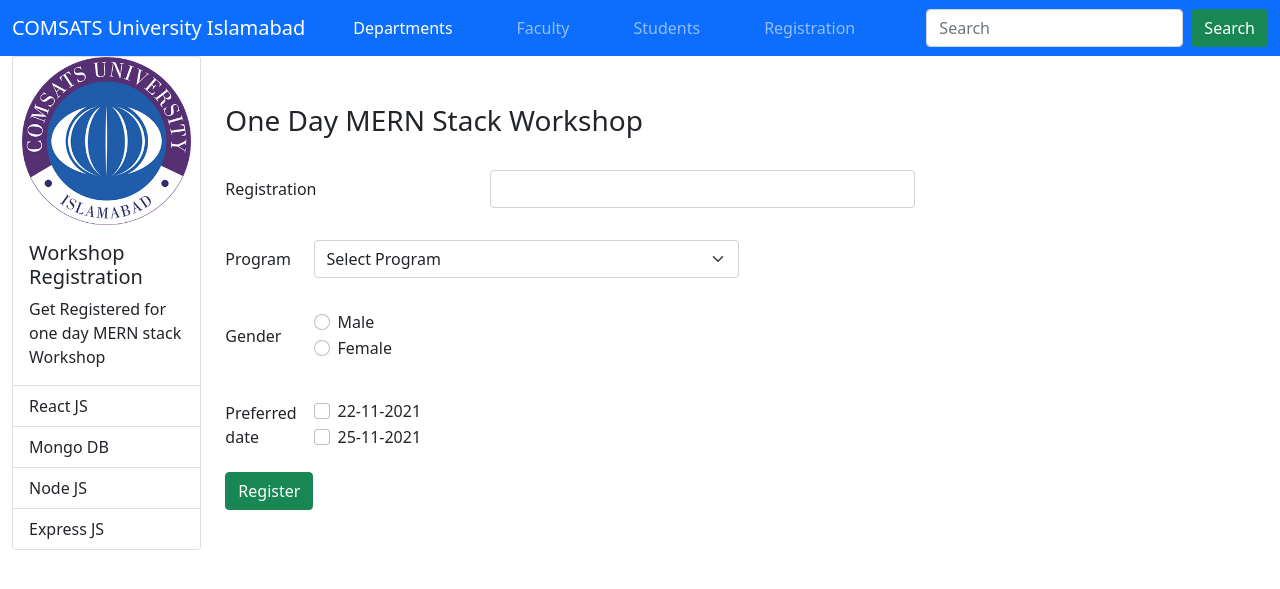
Repository: SaudCh/Web-Mid-Exams
Page: /register
An editor plug-in stored every save of this project. The page is shown before and after the next save, followed by the edit.
The browser window is 1280 px wide. The pictures show the whole page.
The project was rebuilt for these pictures with package versions that can differ from the ones it lists, and the page was loaded fresh each time. Also part of the build but not shown: src/Invalid/invalid.jsx, src/Students/student.jsx.

Above is the page before, as saved 2021-11-27 09:37:08.

### src/App.js
import React from "react";
import {
  BrowserRouter as Router,
  Switch,
  Route,
  Redirect,
} from "react-router-dom";
import "../node_modules/bootstrap/dist/css/bootstrap.min.css";
import "../node_modules/bootstrap/dist/js/bootstrap.bundle.min";
import Header from "./Shared/Header";
import SideBar from "./Shared/SideBar";
import Register from "./Register/register";
import Invalid from "./Invalid/invalid";
import Student from "./Students/student";

export default function App() {
  return (
    <Router>
      <Header />
      <div className="container-fluid">
        <div className="row">
          <div className="col-12 col-md-2">
            <SideBar />
          </div>
          <div className="col-12 col-md-10">
            <Switch>
              <Route path="/" exact>
                <div></div>
              </Route>
              <Route path="/register/" exact>
                <Register />
              </Route>
              <Route path="/invalid/" exact>
                <Invalid />
              </Route>
              <Route path="/list/:register/:program/:gender/:date" exact>
                <Student />
              </Route>
              <Redirect to="/invalid/" />
            </Switch>
          </div>
        </div>
      </div>
    </Router>
  );
}

### src/Shared/Header.jsx
import React from "react";
import "./Header.css";
import { Link } from "react-router-dom";
export default function Header() {
  return (
    <nav class="navbar navbar-expand-lg navbar-dark bg-primary">
      <div class="container-fluid">
        <Link to="/" class="navbar-brand logo" href="#">
          COMSATS University Islamabad
        </Link>
        <button
          class="navbar-toggler"
          type="button"
          data-bs-toggle="collapse"
          data-bs-target="#navbarSupportedContent"
          aria-controls="navbarSupportedContent"
          aria-expanded="false"
          aria-label="Toggle navigation"
        >
          <span class="navbar-toggler-icon"></span>
        </button>
        <div class="collapse navbar-collapse" id="navbarSupportedContent">
          <ul class="navbar-nav me-auto mb-2 mb-lg-0">
            <li class="nav-item mx-md-4">
              <Link to="/" class="nav-link active" aria-current="page" href="#">
                Departments
              </Link>
            </li>
            <li class="nav-item mx-md-4">
              <Link to="/" class="nav-link" href="#">
                Faculty
              </Link>
            </li>

            <li class="nav-item mx-md-4">
              <Link
                to="/list/sp19-bcs-078/BCS/Male/22-11-201"
                class="nav-link"
                href="#"
                tabindex="-1"
                aria-disabled="true"
              >
                Students
              </Link>
            </li>
            <li class="nav-item mx-md-4">
              <Link
                to="/register/"
                class="nav-link"
                href="#"
                tabindex="-1"
                aria-disabled="true"
              >
                Registration
              </Link>
            </li>
          </ul>
          <form class="d-flex">
            <input
              class="form-control me-2"
              type="search"
              placeholder="Search"
              aria-label="Search"
            />
            <button
              class="btn btn-outline-success btn-success text-white"
              type="submit"
            >
              Search
            </button>
          </form>
        </div>
      </div>
    </nav>
  );
}

### src/Shared/SideBar.jsx
import React from "react";

export default function SideBar() {
  return (
    <div class="card">
      <img
        src={process.env.PUBLIC_URL + "/comsats-logo.png"}
        class="card-img-top"
        style={{ width: "90%", alignSelf: "center" }}
        alt="..."
      />
      <div class="card-body">
        <h5 class="card-title">Workshop Registration</h5>
        <p class="card-text">Get Registered for one day MERN stack Workshop</p>
      </div>
      <ul class="list-group list-group-flush">
        <li class="list-group-item">React JS</li>
        <li class="list-group-item">Mongo DB</li>
        <li class="list-group-item">Node JS</li>
        <li class="list-group-item">Express JS</li>
      </ul>
    </div>
  );
}

### src/Register/register.jsx
import React, { useRef, useState } from "react";
import { Link, useHistory } from "react-router-dom";
import { Formik, Form, Field } from "formik";
import * as Yup from "yup";

export default function Register() {
  let history = useHistory();
  // const handleSubmit = (e) => {
  //   e.preventDefault();

  //   history.push(
  //     `/list/${Registration.current.value}/${Program.current.value}/male/22-11-2021`
  //   );
  // };

  const SignupSchema = Yup.object().shape({
    registration: Yup.string().required("Registration Required"),
    program: Yup.string().required("Program Required"),
    gender: Yup.string().required("Gender Required"),
    date: Yup.array().min(1, "Date Required").max(1, "Max 1 Date"),
  });

  return (
    <div className="my-5">
      <h3>One Day MERN Stack Workshop</h3>
      <Formik
        initialValues={{
          registration: "",
          program: "",
          gender: "",
          date: [],
        }}
        validationSchema={SignupSchema}
        onSubmit={(values, { setSubmitting }) => {
          setTimeout(() => {
            console.log(values);

            history.push(
              `/list/${values.registration}/${values.program}/${values.gender}/${values.date}`
            );
          }, 2000);
        }}
        validate={(values) => {
          let error = {};

          // if (!values.registration) {
          //   error.registration = "Registration Number Required";
          // }

          if (values.program === "0") {
            error.program = "Program Required";
          }

          // if (!values.gender) {
          //   error.gender = "Gender Required";
          // }

          // if (!values.date) {
          //   error.date = "Date Required";
          // }

          return error;
        }}
      >
        {({
          handleSubmit,
          handleChange,
          values,
          errors,
          handleBlur,
          isSubmitting,
        }) => (
          <Form onSubmit={handleSubmit}>
            {/*********Registration********** */}
            <div class="row g-3 align-items-center my-3">
              <div class="col-3">
                <label for="registration" class="col-form-label">
                  Registration
                </label>
              </div>
              <div class="col-5">
                <Field
                  onChange={handleChange}
                  type="text"
                  id="registration"
                  class="form-control"
                  name="registration"
                  value={values.registration}
                  onBlur={handleBlur}
                />
              </div>

              {errors.registration && (
                <div class="alert alert-danger col-7" role="alert">
                  {errors.registration}
                </div>
              )}
            </div>
            {/*********Program****** */}
            <div class="row g-3 align-items-center my-3">
              <div class="col-1">
                <label for="program" class="col-form-label">
                  Program
                </label>
              </div>
              <div class="col-5">
                <Field
                  name="program"
                  as="select"
                  id="program"
                  class="form-select"
                  onChange={handleChange}
                  onBlur={handleBlur}
                >
                  <option value="0">Select Program</option>
                  <option value="BsCS">BsCS</option>
                  <option value="BsCE">BsSE</option>
                </Field>
              </div>
              {errors.program && (
                <div class="alert alert-danger col-7" role="alert">
                  {errors.program}
                </div>
              )}
            </div>
            {/*********Gender****** */}
            <div class="row g-3 align-items-center my-3">
              <div class="col-1">
                <label for="gender" class="col-form-label">
                  Gender
                </label>
              </div>
              <div class="col-5">
                <div class="form-check">
                  <Field
                    class="form-check-input"
                    type="radio"
                    name="gender"
                    value="male"
                    id="gender"
                  />
                  <label class="form-check-label" for="flexRadioDefault1">
                    Male
                  </label>
                </div>
                <div class="form-check">
                  <Field
                    class="form-check-input"
                    type="radio"
                    name="gender"
                    value="female"
                    id="gender"
                  />
                  <label class="form-check-label" for="flexRadioDefault2">
                    Female
                  </label>
                </div>
              </div>
              {errors.gender && (
                <div class="alert alert-danger col-7" role="alert">
                  {errors.gender}
                </div>
              )}
            </div>
            {/*********Date****** */}
            <div class="row g-3 align-items-center my-3">
              <div class="col-1 ">
                <label for="date" class="col-form-label">
                  Preferred date
                </label>
              </div>
              <div class="col-5">
                <div class="form-check">
                  <Field
                    class="form-check-input"
                    type="checkbox"
                    value="22-11-2021"
                    id="flexCheckDefault"
                    name="date"
                  />
                  <label class="form-check-label" for="flexCheckDefault">
                    22-11-2021
                  </label>
                </div>
                <div class="form-check">
                  <Field
                    class="form-check-input"
                    type="checkbox"
                    value="25-11-2021"
                    id="flexCheckChecked"
                    name="date"
                  />
                  <label class="form-check-label" for="flexCheckChecked">
                    25-11-2021
                  </label>
                </div>
              </div>
              {errors.date && (
                <div class="alert alert-danger col-7" role="alert">
                  {errors.date}
                </div>
              )}
            </div>
            {/*********Button********* */}
            <div>
              <button
                disabled={isSubmitting}
                type="submit"
                className="btn btn-success"
              >
                Register
              </button>
            </div>
          </Form>
        )}
      </Formik>
    </div>
  );
}

### src/Shared/Header.css
@media screen and (max-width: 375px) {
  .logo {
    font-size: 1rem;
  }
}

Loaded but not shown: public/index.html (common file); src/index.js (common file); src/index.css (common file); src/reportWebVitals.js (common file)

After the next save:
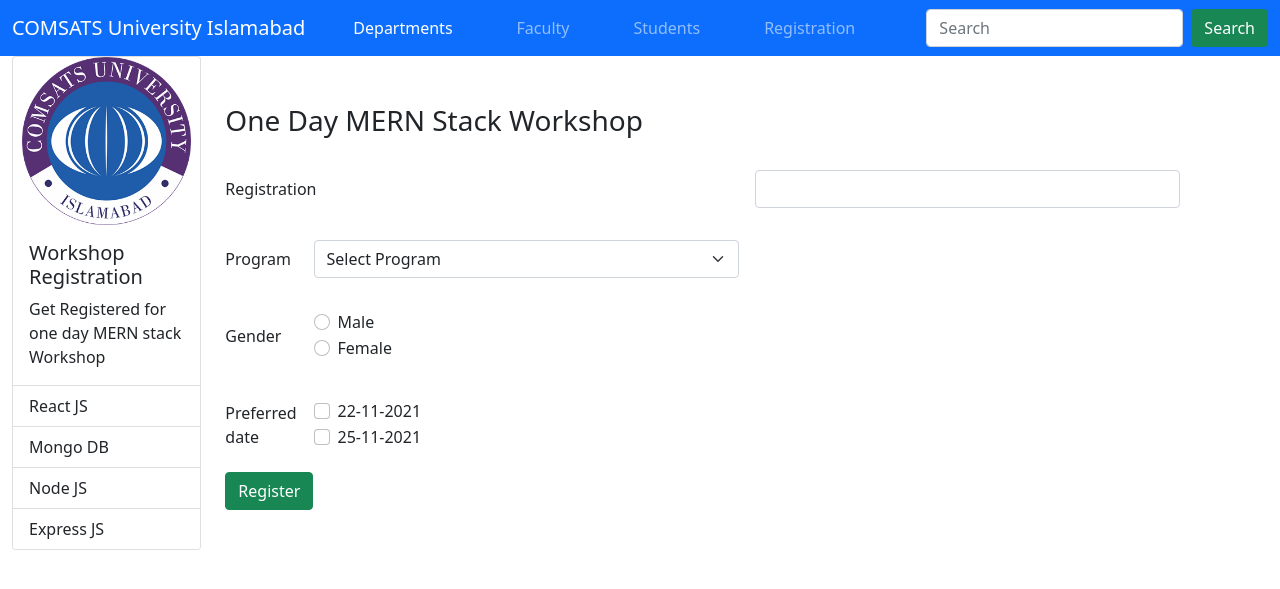
Saved 6 s later.
--- a/src/Register/register.jsx
+++ b/src/Register/register.jsx
@@ -73,7 +73,7 @@
           <Form onSubmit={handleSubmit}>
             {/*********Registration********** */}
             <div class="row g-3 align-items-center my-3">
-              <div class="col-3">
+              <div class="col-6">
                 <label for="registration" class="col-form-label">
                   Registration
                 </label>
